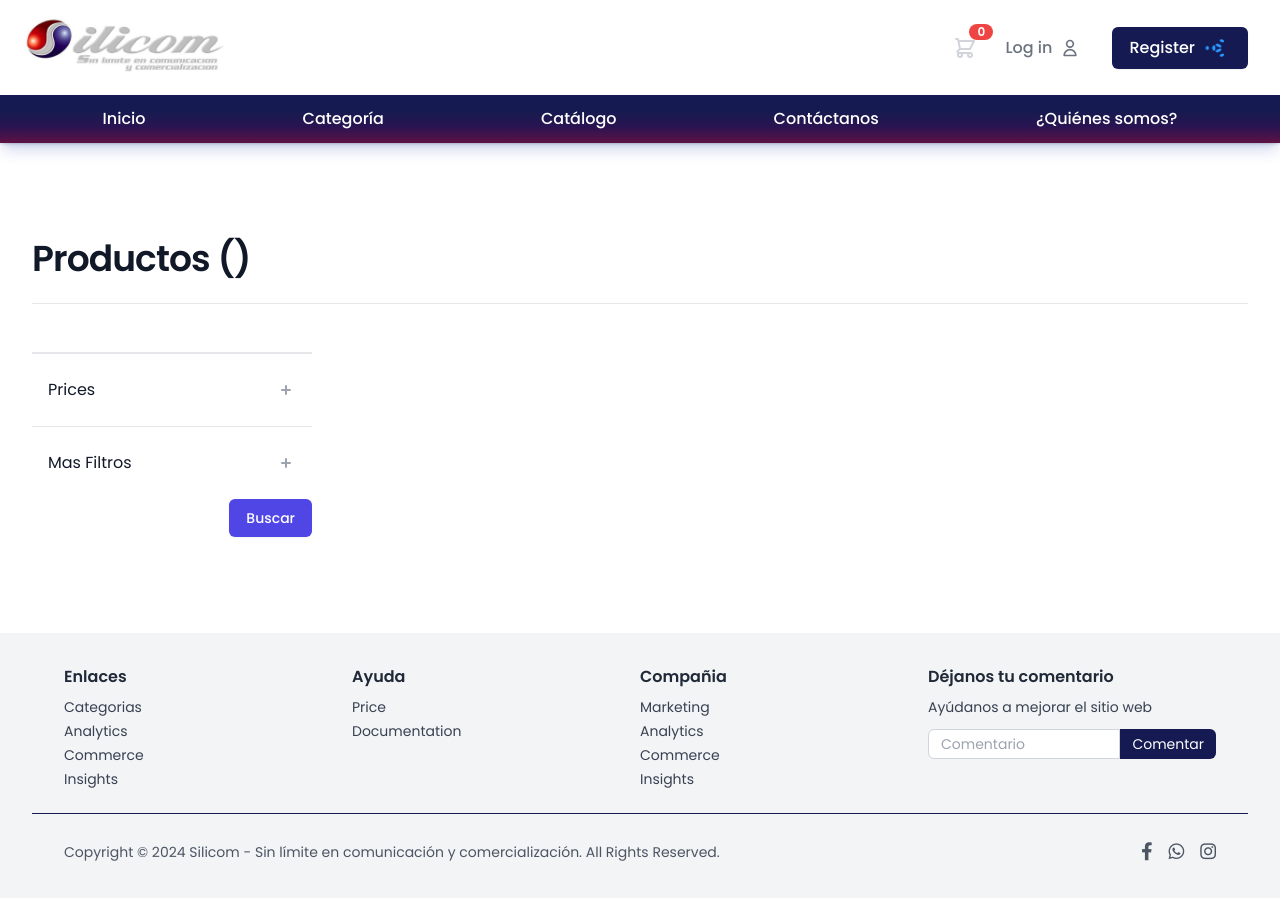
Repository: Francovg18/ecommerce
Page: /search
The author's editor kept a copy of each file at every save. The page is drawn from the files as they stood at one save, then again after the next save.
The browser window is 1280 px wide. The pictures show the whole page.
The page's requests for data from a server got no answer. The project was rebuilt for these pictures with package versions that can differ from the ones it lists, and the page was loaded fresh each time. No one was signed in, and anything a server would have sent is missing. Also part of the build but not shown: src/redux/actions/cart.js, src/redux/actions/profile.js, src/components/navigation/SearchBox.js, src/hocs/Layout.js, src/components/home/Banner.js, src/components/home/ProductsArrival.js, src/components/home/ProductsSold.js, src/redux/actions/brands.js and 35 more. Imported but missing from the stored project, and not drawn on this page: src/containers/pages/ContactUs.

Above is the page before, as saved 2025-01-22 20:32:40.

### public/index.html
<!DOCTYPE html>
<html lang="en">
  <head>
    <meta charset="utf-8" />
    <link rel="icon" href="%PUBLIC_URL%/favicon.ico" />
    <meta name="viewport" content="width=device-width, initial-scale=1" />
    <meta name="theme-color" content="#000000" />
    <meta name="description" content="Web site created using create-react-app" />
    <link rel="apple-touch-icon" href="%PUBLIC_URL%/logo192.png" />
    <link href="https://fonts.googleapis.com/css2?family=Poppins:wght@400;500;600&display=swap" rel="stylesheet">
    <link
  rel="stylesheet"
  href="https://cdnjs.cloudflare.com/ajax/libs/font-awesome/6.0.0-beta3/css/all.min.css"
/>

    <!--
      manifest.json provides metadata used when your web app is installed on a
      user's mobile device or desktop. See https://developers.google.com/web/fundamentals/web-app-manifest/
    -->
    <link rel="manifest" href="%PUBLIC_URL%/manifest.json" />
    <!--
      Notice the use of %PUBLIC_URL% in the tags above.
      It will be replaced with the URL of the `public` folder during the build.
      Only files inside the `public` folder can be referenced from the HTML.

      Unlike "/favicon.ico" or "favicon.ico", "%PUBLIC_URL%/favicon.ico" will
      work correctly both with client-side routing and a non-root public URL.
      Learn how to configure a non-root public URL by running `npm run build`.
    -->
    <title>React App</title>
  </head>
  <body>
    <noscript>You need to enable JavaScript to run this app.</noscript>
    <div id="root"></div>
    <!--
      This HTML file is a template.
      If you open it directly in the browser, you will see an empty page.

      You can add webfonts, meta tags, or analytics to this file.
      The build step will place the bundled scripts into the <body> tag.

      To begin the development, run `npm start` or `yarn start`.
      To create a production bundle, use `npm run build` or `yarn build`.
    -->
  </body>
</html>

### src/components/navigation/Navbar.js
import { Fragment, useEffect, useState } from 'react'
import { Menu, Popover, Transition } from '@headlessui/react'
import logoGif from '../../assets/img/gif4.webp'
import logo from '../../assets/img/logoP.jpg'
import { Link, Navigate, NavLink } from 'react-router-dom'
import Alert from '../../components/alert'
import logoMini from '../../assets/img/logoMini.jpg'
import { MenuIcon, XIcon, ShoppingCartIcon, UserIcon } from '@heroicons/react/outline'
import { connect } from 'react-redux'
import { logout } from '../../redux/actions/auth'
import { get_categories } from '../../redux/actions/categories'
import { get_search_products } from '../../redux/actions/products'
import SearchBox from './SearchBox'
import { ChevronLeftIcon, ChevronRightIcon } from "@heroicons/react/solid"
function classNames(...classes) {
  return classes.filter(Boolean).join(' ')
}

function Navbar({
  isAuthenticated,
  logout,
  get_categories,
  categories,
  get_search_products,
  total_items
}) {

  const [redirect, setRedirect] = useState(false);
  const [render, setRender] = useState(false);
  const [formData, setFormData] = useState({
    category_id: 0,
    search: ''
  });
  const { category_id, search } = formData;
  useEffect(()=>{
    get_categories()
  }, [get_categories])

  const onChange = e => setFormData({ ...formData, [e.target.name]: e.target.value });
  const onSubmit = e => {
    e.preventDefault();
    get_search_products(search, category_id);
    setRender(!render);
  }

  if(render){
    return <Navigate to='/search' />
  }

  const logoutHandler = () => {
    logout()
    setRedirect(true);
  }

  if(redirect){
    window.location.reload(false);
    return <Navigate to='/' />
  }

  const authLinks = (
    <Menu as="div" className="relative inline-block text-left">
      <div>
        <Menu.Button className="inline-flex justify-center w-full rounded-full  text-sm font-medium text-gray-700 focus:outline-none focus:ring-2 focus:ring-offset-2 focus:ring-offset-gray-100 focus:ring-indigo-500 ml-3">
          <span className="inline-block h-10 w-10 rounded-full overflow-hidden bg-gray-100">
            <svg className="h-full w-full text-gray-300" fill="currentColor" viewBox="0 0 24 24">
              <path d="M24 20.993V24H0v-2.996A14.977 14.977 0 0112.004 15c4.904 0 9.26 2.354 11.996 5.993zM16.002 8.999a4 4 0 11-8 0 4 4 0 018 0z" />
            </svg>
          </span>
        </Menu.Button>
      </div>

      <Transition
        as={Fragment}
        enter="transition ease-out duration-100"
        enterFrom="transform opacity-0 scale-95"
        enterTo="transform opacity-100 scale-100"
        leave="transition ease-in duration-75"
        leaveFrom="transform opacity-100 scale-100"
        leaveTo="transform opacity-0 scale-95"
      >
        <Menu.Items className="origin-top-right absolute right-0 mt-2 w-56 rounded-md shadow-lg bg-white ring-1 ring-black ring-opacity-5 focus:outline-none">
          <div className="py-1">
            <Menu.Item>
              {({ active }) => (
                <Link
                  to="/dashboard"
                  className={classNames(
                    active ? 'bg-gray-100 text-gray-900' : 'text-gray-700',
                    'block px-4 py-2 text-sm'
                  )}
                >
                  Info
                </Link>
              )}
            </Menu.Item>


            <form method="POST" action="#">
              <Menu.Item>
                {({ active }) => (
                  <button
                    onClick={logoutHandler}
                    className={classNames(
                      active ? 'bg-gray-100 text-gray-900' : 'text-gray-700',
                      'block w-full text-left px-4 py-2 text-sm'
                    )}
                  >
                    Salir
                  </button>
                )}
              </Menu.Item>
            </form>
          </div>
        </Menu.Items>
      </Transition>
    </Menu>
  )
  const guestLinks = (
    <Fragment>
    <div className="hidden md:flex items-center md:ml-7">
    <Link to="/login" className="text-base font-medium text-gray-500 hover:text-gray-900 flex items-center">
      Log in
      <UserIcon className="h-5 w-5 ml-2" aria-hidden="true" />
    </Link>
      <Link
        to="/signup"
        className="ml-8 inline-flex items-center justify-center px-4 py-2 border border-transparent rounded-md shadow-sm text-base font-medium text-white bg-midnight-blue hover:bg-purple-night "
      >
        Register
        <img
          src={logoGif}
          alt="Cargando"
          className="w-7 h-6 mt-0.3 ml-2"
        />
      </Link>
    </div>

    </Fragment>
  )
  return (
    <>
    <Popover className="relative bg-white ">
      <div className="absolute inset-0 shadow z-30 pointer-events-none " aria-hidden="true" />
      <div className="relative z-20">
        <div className="max-w-7xl mx-auto flex justify-between items-center px-4 py-5 sm:px-6 sm:py-3 lg:px-8 md:justify-start md:space-x-10">
          <div>
          <Link to="/" className="flex">
            <img
              className="h-auto w-52 sm:w-52 md:w-48 lg:w-52 -ml-2"
              src={logo}
              alt="Logo"
            />
          </Link>

          </div>
          {/* Contenedor para pantallas pequeñas */}
          <div className="-mr-2 -my-2 md:hidden">
          <div className="">
            {window.location.pathname === '/search' ? null : (
              <SearchBox
                search={search}
                onChange={onChange}
                onSubmit={onSubmit}
                categories={categories}
              />
            )}
          </div>
          <Link to='/cart' className="bg-white rounded-md p-2 inline-flex items-center justify-center text-gray-400 hover:text-gray-500 hover:bg-gray-100 focus:outline-none focus:ring-2 focus:ring-inset focus:ring-indigo-500">
              <span className="sr-only">Open menu</span>
              <ShoppingCartIcon className="h-6 w-6" aria-hidden="true" />
          </Link>

            <Popover.Button className="bg-white rounded-md p-2 inline-flex items-center justify-center text-gray-400 hover:text-gray-500 hover:bg-gray-100 focus:outline-none focus:ring-2 focus:ring-inset focus:ring-indigo-500">
              <span className="sr-only">Open menu</span>
              <MenuIcon className="h-6 w-6" aria-hidden="true" />
            </Popover.Button>
          </div>
    {/* Contenedor para pantallas  grandes */}
    <div className="hidden md:flex-1 md:flex md:items-center md:justify-between">
      <Popover.Group as="nav" className="flex space-x-10">
        {window.location.pathname === '/search' ? null : (
          <div className="flex flex-1 justify-center">
            <SearchBox
              search={search}
              onChange={onChange}
              onSubmit={onSubmit}
              categories={categories}
            />
          </div>
        )}
      </Popover.Group>
      <div className="flex items-center ">
        <div className="flex items-center md:ml-12">
          <Link to="/cart">
              <ShoppingCartIcon className="h-6 w-6 cursor-pointer text-gray-300 "/>
              <span className="text-xs absolute top-3 mt-3 ml-4 bg-red-500 text-white font-semibold rounded-full px-2 text-center">{total_items}</span>
          </Link>
        </div>
        {isAuthenticated ? authLinks:guestLinks}
      </div>
    </div>

      </div>
      <div className="hidden md:flex bg-custom-gradient text-white py-1 px-6 justify-around items-center shadow-lg shadow-blue-800/20 animate-gradient-x">

      {[
        { to: "/", label: "Inicio" },
        { to: "/category", label: "Categoría" },
        { to: "/shop", label: "Catálogo" },
        { to: "/contactus", label: "Contáctanos" },
        { to: "/about", label: "¿Quiénes somos?" },
      ].map((item, index) => (
        <NavLink
          key={index}
          to={item.to}
          className={({ isActive }) =>
            `relative text-base font-medium transition-all duration-300 ease-in-out px-6 py-2
            rounded-lg group ${
              isActive
                ? "text-yellow-200 scale-105 "
                : "hover:bg-midnight-blue/100 hover:text-white"
            }`
          }
        >
          <span className="hover:text-white hover:drop-shadow-[0_0_4px_red] transition-all duration-300">
            {item.label}
          </span>
          <span className="absolute inset-y-0 left-0 flex items-center -translate-x-4 opacity-0 transition-all duration-300 group-hover:translate-x-0 group-hover:opacity-100">
            <ChevronLeftIcon className="w-6 h-6 text-yellow-300" />
          </span>
          <span className="absolute inset-y-0 right-0 flex items-center translate-x-4 opacity-0 transition-all duration-300 group-hover:translate-x-0 group-hover:opacity-100">
            <ChevronRightIcon className="w-6 h-6 text-yellow-300" />
          </span>
        </NavLink>
      ))}
    </div>
      </div>

      <Transition
        as={Fragment}
        enter="duration-200 ease-out"
        enterFrom="opacity-0 scale-95"
        enterTo="opacity-100 scale-100"
        leave="duration-100 ease-in"
        leaveFrom="opacity-100 scale-100"
        leaveTo="opacity-0 scale-95"
      >
        <Popover.Panel
          focus
          className="absolute z-30 top-0 inset-x-0 p-2 transition transform origin-top-right md:hidden"
        >
          <div className="rounded-lg shadow-lg ring-1 ring-black ring-opacity-5 bg-midnight-blue text-white divide-y-2 divide-gray-50">
            <div className="pt-5 pb-6 px-5 sm:pb-8">
              <div className="flex items-center justify-between">
                <div>
                  <img className="h-8 w-auto" src={logoMini} alt="Workflow" />
                </div>
                <div className="-mr-2">
                  <Popover.Button className="bg-midnight-blue rounded-md p-2 inline-flex items-center justify-center text-gray-400 hover:text-gray-300 focus:outline-none focus:ring-2 focus:ring-inset focus:ring-purple-night">
                    <span className="sr-only">Cerrar menú</span>
                    <XIcon className="h-6 w-6" aria-hidden="true" />
                  </Popover.Button>
                </div>
              </div>
              <div className="mt-6 sm:mt-8">
                <nav>
                  <div className="grid gap-7 sm:grid-cols-2 sm:gap-y-8 sm:gap-x-4">
                    <NavLink
                      to="/"
                      className="-m-3 flex items-center p-3 rounded-lg hover:bg-midnight-blue"
                    >
                      <div className="ml-4 text-base font-medium text-white">
                        Inicio
                      </div>
                    </NavLink>
                    <NavLink
                      to="/shop"
                      className="-m-3 flex items-center p-3 rounded-lg hover:bg-midnight-blue"
                    >
                      <div className="ml-4 text-base font-medium text-white">
                        Categoria
                      </div>
                    </NavLink>
                    <NavLink
                      to="/shop"
                      className="-m-3 flex items-center p-3 rounded-lg hover:bg-midnight-blue"
                    >
                      <div className="ml-4 text-base font-medium text-white">
                        Catálogo
                      </div>
                    </NavLink>

                    <NavLink
                      to="/"
                      className="-m-3 flex items-center p-3 rounded-lg hover:bg-midnight-blue"
                    >
                      <div className="ml-4 text-base font-medium text-white">
                        Contáctanos
                      </div>
                    </NavLink>

                    <NavLink
                      to="/"
                      className="-m-3 flex items-center p-3 rounded-lg hover:bg-midnight-blue"
                    >
                      <div className="ml-4 text-base font-medium text-white">
                        ¿Quiénes somos?
                      </div>
                    </NavLink>
                  </div>
                </nav>
              </div>
            </div>
            <div className="py-6 px-5 bg-gray-50">
              <div className="grid grid-cols-2 gap-4 bg-gray-50">
                <Link
                  to="/login"
                  className="text-sm font-medium text-midnight-blue hover:text-purple-night hover:underline text-center"
                >
                  Login
                </Link>
                <Link
                  to="/signup"
                  className="text-sm font-medium text-midnight-blue hover:text-purple-night hover:underline text-center"
                >
                  Registrarsee
                </Link>
              </div>
            </div>
          </div>
        </Popover.Panel>
      </Transition>
    </Popover>
    <Alert/>
    </>
  )
}
const mapStateToProps = state =>  ({
  isAuthenticated: state.Auth.isAuthenticated,
  user: state.Auth.user,
  categories: state.Categories.categories,
  total_items: state.Cart.total_items
})
export default connect(mapStateToProps, {
  logout,
  get_categories,
  get_search_products
}) (Navbar)

Loaded but not shown: src/style/index.css (common file); src/redux/actions/auth.js (387 lines, source omitted); src/redux/actions/types.js (136 lines, source omitted); src/redux/actions/products.js (256 lines, source omitted); src/redux/reducers/cart.js (158 lines, source omitted); src/redux/reducers/products.js (118 lines, source omitted); src/components/navigation/Footer.js (83 lines, source omitted); src/redux/reducers/auth.js (113 lines, source omitted); src/App.js (70 lines, source omitted); src/redux/reducers/payment.js (89 lines, source omitted); src/redux/reducers/reviews.js (90 lines, source omitted); src/redux/reducers/wishlist.js (67 lines, source omitted); tailwind.config.js (52 lines, source omitted); src/components/alert.js (40 lines, source omitted); src/redux/actions/categories.js (34 lines, source omitted); src/redux/reducers/orders.js (41 lines, source omitted); src/redux/reducers/profile.js (37 lines, source omitted); src/redux/reducers/index.js (29 lines, source omitted); src/redux/reducers/shipping.js (27 lines, source omitted); src/redux/reducers/brands.js (27 lines, source omitted); src/redux/reducers/categories.js (27 lines, source omitted); src/redux/reducers/coupons.js (28 lines, source omitted); src/redux/reducers/alert.js (27 lines, source omitted); src/store.js (14 lines, source omitted); src/helpers/fixedPrices.js (26 lines, source omitted); src/redux/actions/alert.js (12 lines, source omitted); src/index.js (11 lines, source omitted); src/containers/pages/Search.jsx (560 lines, source omitted)

After the next save:
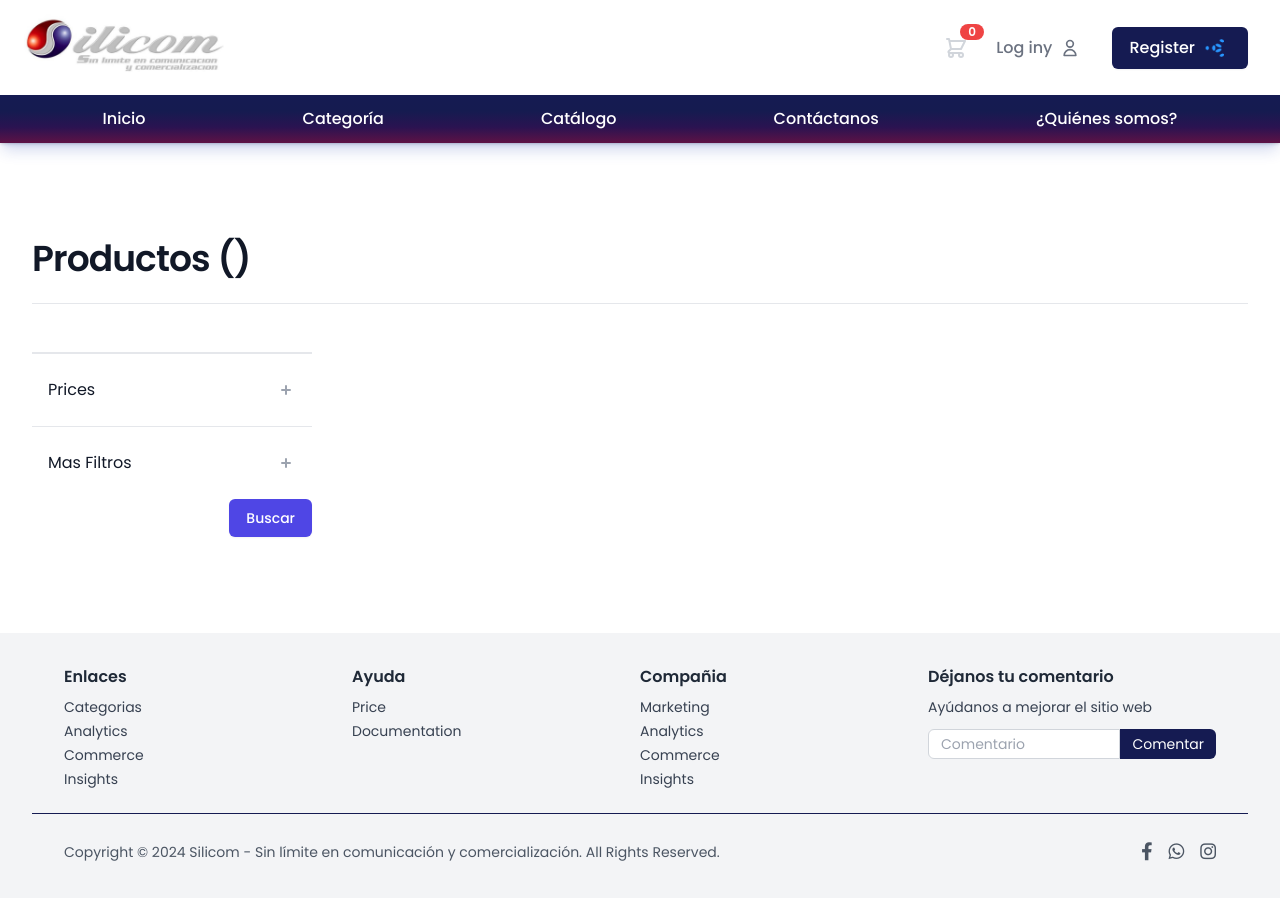
Saved 2 min 21 s later.
--- a/src/components/navigation/Navbar.js
+++ b/src/components/navigation/Navbar.js
@@ -119,7 +119,7 @@
     <Fragment>
     <div className="hidden md:flex items-center md:ml-7">
     <Link to="/login" className="text-base font-medium text-gray-500 hover:text-gray-900 flex items-center">
-      Log in
+      Log iny
       <UserIcon className="h-5 w-5 ml-2" aria-hidden="true" />
     </Link>
       <Link

After the save that followed:
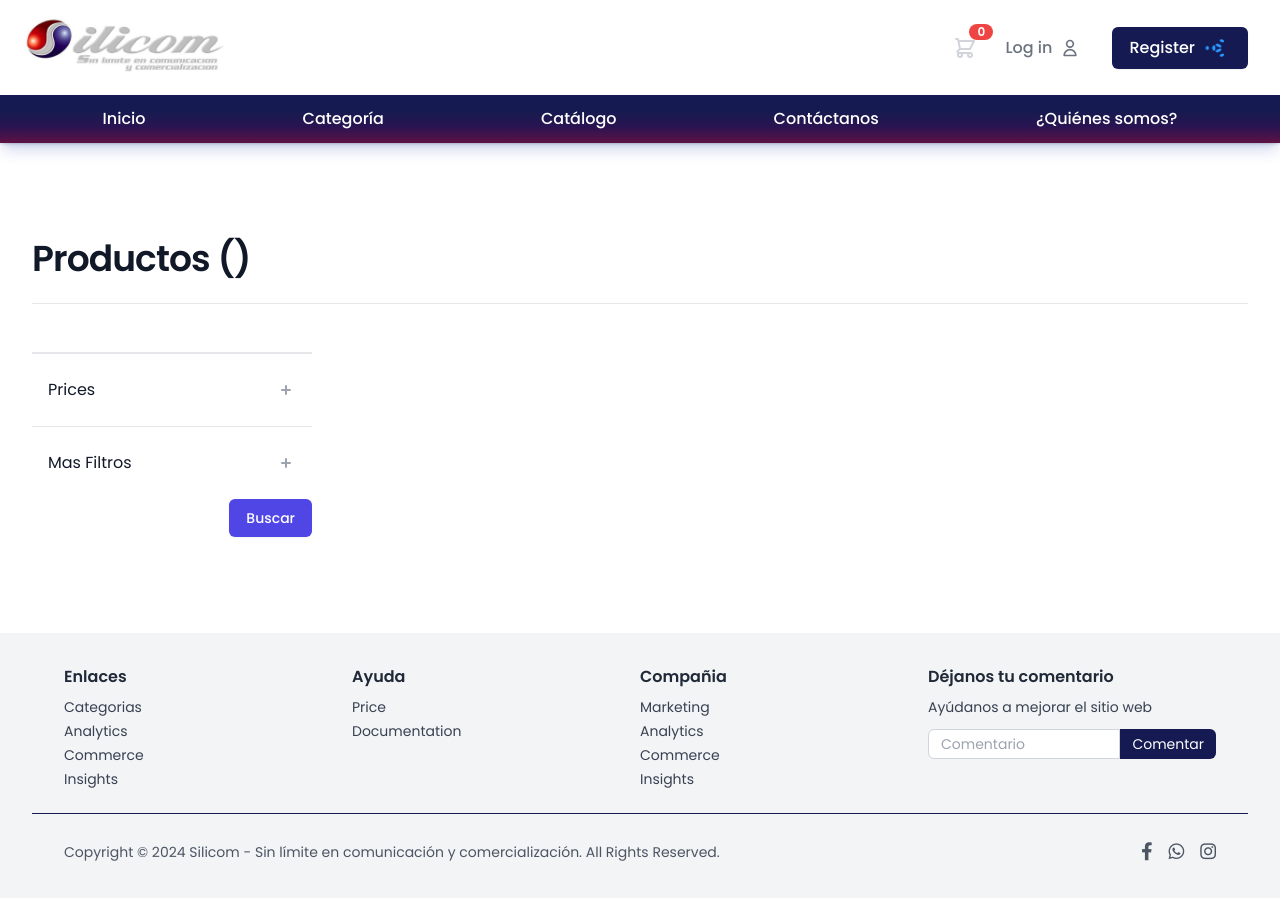
Saved 65 s later.
--- a/src/components/navigation/Navbar.js
+++ b/src/components/navigation/Navbar.js
@@ -119,7 +119,7 @@
     <Fragment>
     <div className="hidden md:flex items-center md:ml-7">
     <Link to="/login" className="text-base font-medium text-gray-500 hover:text-gray-900 flex items-center">
-      Log iny
+      Log in
       <UserIcon className="h-5 w-5 ml-2" aria-hidden="true" />
     </Link>
       <Link
@@ -311,22 +311,7 @@
                 </nav>
               </div>
             </div>
-            <div className="py-6 px-5 bg-gray-50">
-              <div className="grid grid-cols-2 gap-4 bg-gray-50">
-                <Link
-                  to="/login"
-                  className="text-sm font-medium text-midnight-blue hover:text-purple-night hover:underline text-center"
-                >
-                  Login
-                </Link>
-                <Link
-                  to="/signup"
-                  className="text-sm font-medium text-midnight-blue hover:text-purple-night hover:underline text-center"
-                >
-                  Registrarsee
-                </Link>
-              </div>
-            </div>
+
           </div>
         </Popover.Panel>
       </Transition>
